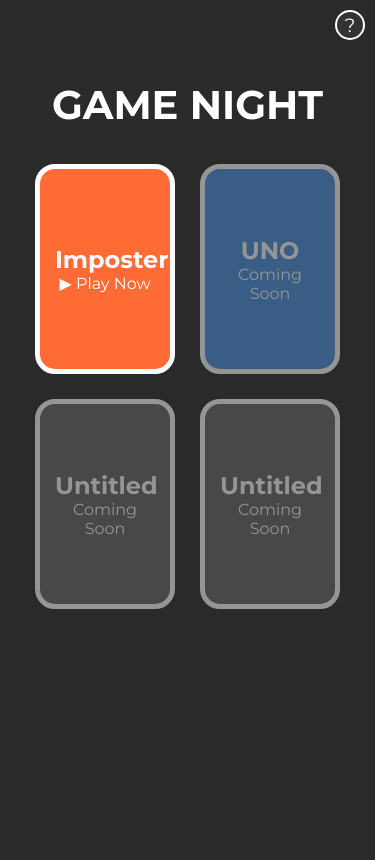
Repository: nfemmanuel/game-night-app
Page: /
An editor plug-in stored every save of this project. The page is shown before and after a run of saves, followed by the edit.
The browser window is 375 px wide. The pictures show the whole page.
The project was rebuilt for these pictures with package versions that can differ from the ones it lists, and the page was loaded fresh each time. Also part of the build but not shown: src/components/BackButton.jsx, src/pages/ImposterSetup.jsx, src/data/wordList.js, src/pages/ImposterReveal.jsx, src/pages/ImposterVoting.jsx.

Above is the page before, as saved 2025-12-31 18:27:40.

After the next 2 saves:
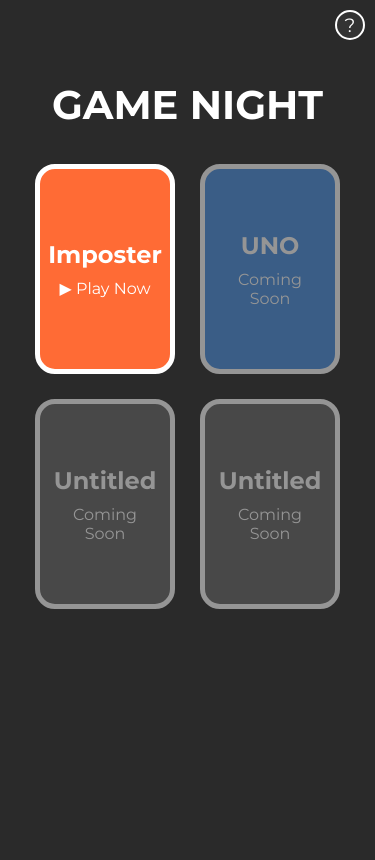
The 2 saves are shown as one change because 1 did not build or start.
The last was saved 6 min 47 s later.
--- a/src/components/GameCard.module.css
+++ b/src/components/GameCard.module.css
@@ -10,6 +10,17 @@
     display: flex;
     flex-direction: column;
     justify-content: center;
+    align-items: center;
+}
+
+.card h2 {
+    font-size: 1.8rem;
+    margin: 0;
+}
+
+.card p {
+    font-size: 1.1rem;
+    margin: 10px 0 0 0;
 }
 
 .available {
@@ -53,6 +64,14 @@
         margin: 8px;
         border: 6px solid white;
     }
+
+    .card h2 {
+        font-size: 1.3rem;
+    }
+
+    .card p {
+        font-size: 0.9rem;
+    }
 }
 
 @media (max-width: 480px) {
@@ -64,11 +83,11 @@
         border: 5px solid white;
     }
 
-    .card h1 {
-        font-size: 1.3rem;
+    .card h2 {
+        font-size: 1.1rem;
     }
 
     .card p {
-        font-size: 0.9rem;
+        font-size: 0.85rem;
     }
 }
